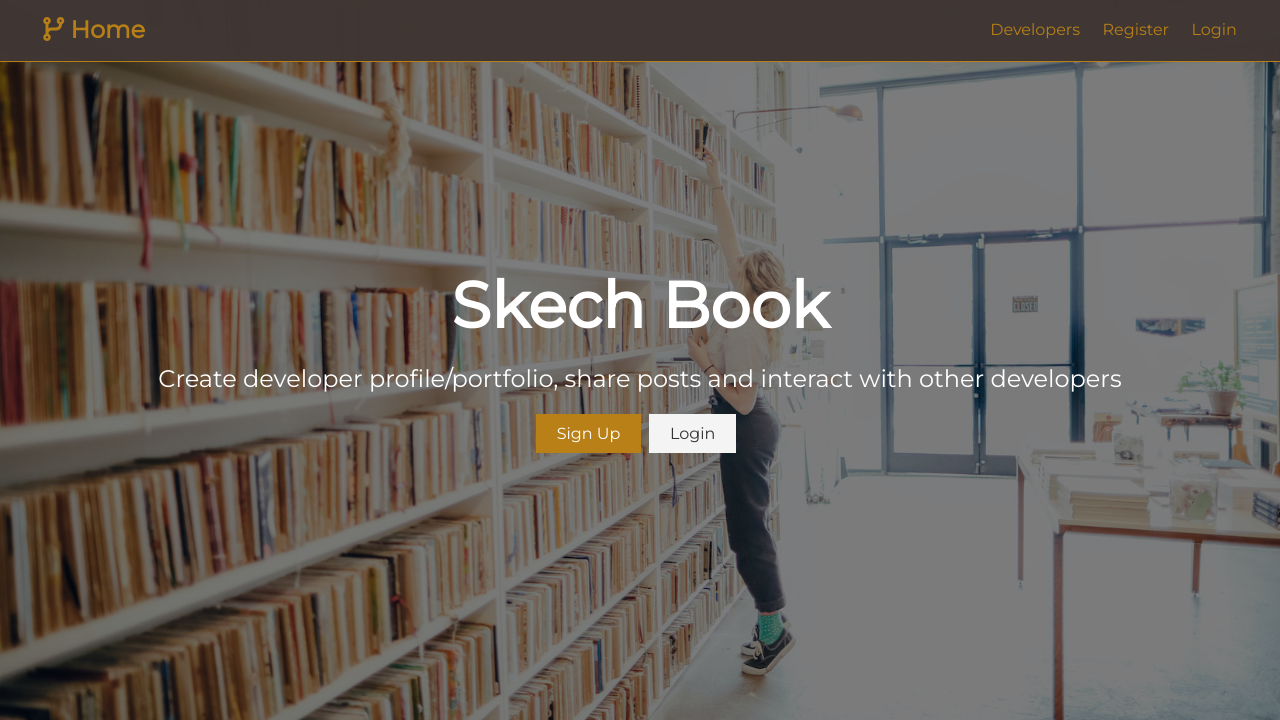
Repository: devnight0913/skechbook
Page: / (app in client/)
An editor plug-in stored every save of this project. The page is shown before and after the next save, followed by the edit.
The browser window is 1280 px wide. The pictures show the whole page.
Some web libraries are served in a nearby version. The project was rebuilt for these pictures with package versions that can differ from the ones it lists, and the page was loaded fresh each time. Also part of the build but not shown: client/src/components/auth/Login.js, client/src/components/auth/Register.js, client/src/components/dashboard/DashboardActions.js, client/src/actions/profile.js, client/src/utils/formatDate.js, client/src/components/dashboard/Experience.js, client/src/components/dashboard/Education.js, client/src/components/dashboard/Dashboard.js and 21 more.

Above is the page before, as saved 2023-07-23 11:22:19.

After the next save:
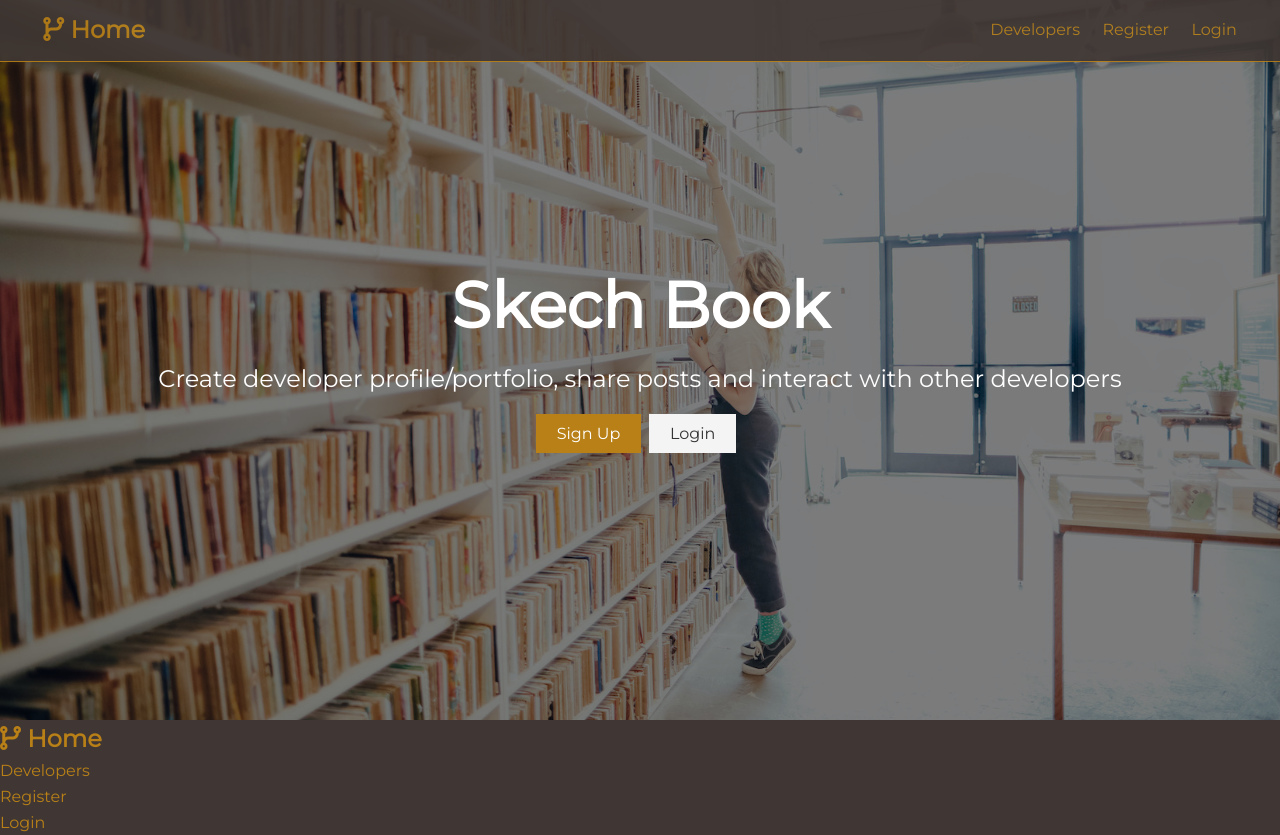
Saved 16 s later.
--- a/client/src/components/layout/Footer.js
+++ b/client/src/components/layout/Footer.js
@@ -3,7 +3,7 @@ import { Link } from 'react-router-dom';
 const Footer = () => {
 
   return (
-    <nav className='navbar bg-dark'>
+    <nav className='bg-dark'>
       <h1>
         <Link to='/'>
           <i className='fas fa-code-branch' /> Home
